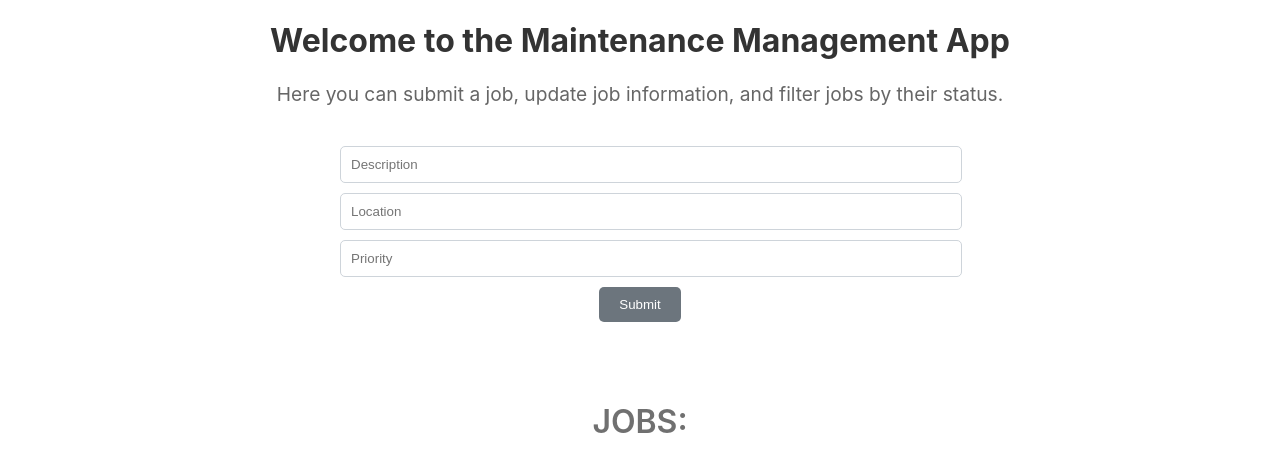
Repository: mikasteyn999/Maintenance-Manager-App
Page: / (app in frontend/)
An editor plug-in stored every save of this project. The page is shown before and after the next save, followed by the edit.
The browser window is 1280 px wide. The pictures show the whole page.
The page's requests for data from a server got no answer. The project was rebuilt for these pictures with package versions that can differ from the ones it lists, and the page was loaded fresh each time. No one was signed in, and anything a server would have sent is missing. Also part of the build but not shown: frontend/src/style/Job.css, frontend/src/components/Job.js.

Above is the page before, as saved 2023-06-01 10:12:54.

After the next save:
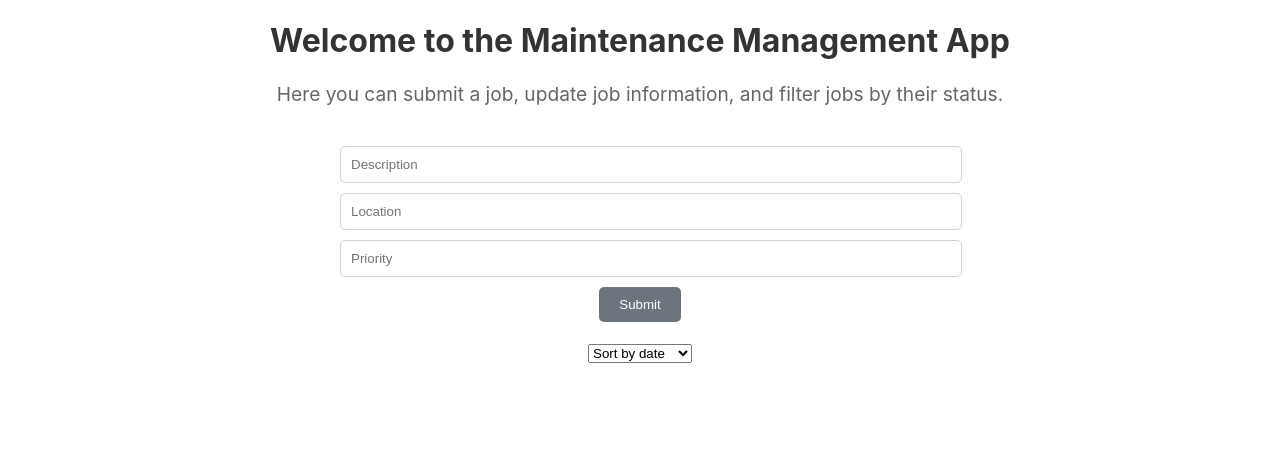
Saved 3 min 18 s later.
--- a/frontend/src/components/JobsList.js
+++ b/frontend/src/components/JobsList.js
@@ -9,25 +9,33 @@ import '../style/JobsList.css';
 // The fetchJobs function makes a GET request to the /jobs route to fetch the list of jobs.
 // Each job is then displayed using the Job component.
 const JobsList = () => {
-    const [jobs, setJobs] = useState([]);
+  const [jobs, setJobs] = useState([]);
+  const [sortOrder, setSortOrder] = useState("date"); // Add state for sort order. By default, it's set to 'date'
 
-    useEffect(() => {
-      const fetchJobs = async () => {
-        const response = await fetch('http://localhost:5000/api/jobs');
-        const data = await response.json();
-        setJobs(data);
-      };
-      fetchJobs();
-    }, []);
+  useEffect(() => {
+    const fetchJobs = async () => {
+      const response = await fetch(`http://localhost:5000/api/jobs?sort=${sortOrder}`); // Update API call to include sort order
+      const data = await response.json();
+      setJobs(data);
+    };
+    fetchJobs();
+  }, [sortOrder]); // Update useEffect dependency array to include sortOrder. This means the useEffect callback will run whenever sortOrder changes.
 
-    return (
-      <div className="jobs-list">
-        <div className='jobs-header'>JOBS:</div>
-        {jobs.map((job) => (
-          <Job key={job._id} job={job} />
-        ))}
-      </div>
-    );
+  const handleSortChange = (event) => {
+    setSortOrder(event.target.value); // When user selects a new sort order, update the sortOrder state
   };
 
-  export default JobsList;
+  return (
+    <div>
+      <select value={sortOrder} onChange={handleSortChange}> {/* Add select element for sort order */}
+        <option value="date">Sort by date</option>
+        <option value="status">Sort by status</option>
+      </select>
+      {jobs.map((job) => (
+        <Job key={job._id} job={job} />
+      ))}
+    </div>
+  );
+};
+
+export default JobsList;
